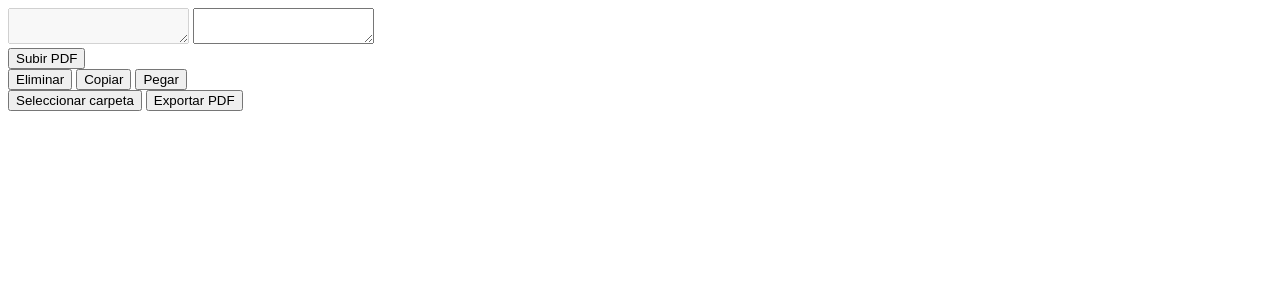
Repository: d3v0l0p3rs/pdf-spliteador
Page: src/index.html
These files come from the project's save history. The page is drawn as it stood at one moment and after the next save; the edit follows.
The browser window is 1280 px wide. The pictures show the whole page.

Above is the page before, as saved 2020-10-21 12:24:59.

After the next save:
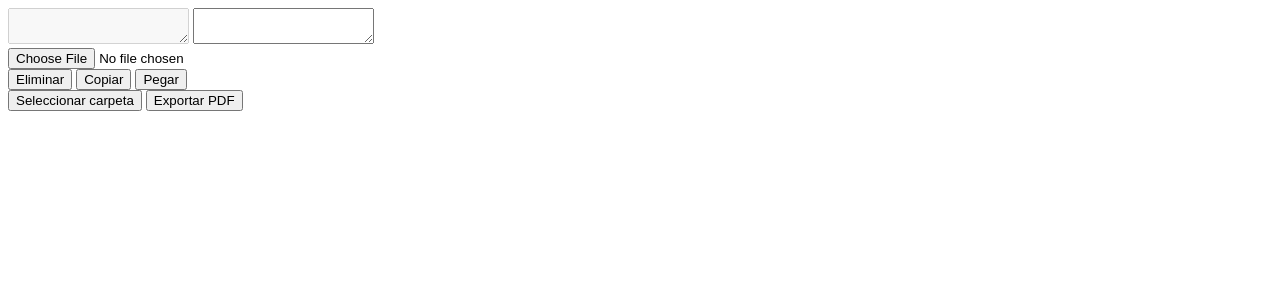
Saved 89 min 7 s later.
--- a/src/index.html
+++ b/src/index.html
@@ -11,7 +11,8 @@
         <textarea id="name-lines" name="name-lines"></textarea>
       </div>
       <div id="actions">
-        <button id="upload-pdf" class="action-row">Subir PDF</button>
+        <input type="file" id="upload-pdf">
+        <!-- <button id="upload-pdf" class="action-row">Subir PDF</button> -->
         <div id="text-actions" class="action-row">
           <button id="delete-text" class="text-action">Eliminar</button>
           <button id="copy-text" class="text-action">Copiar</button>
